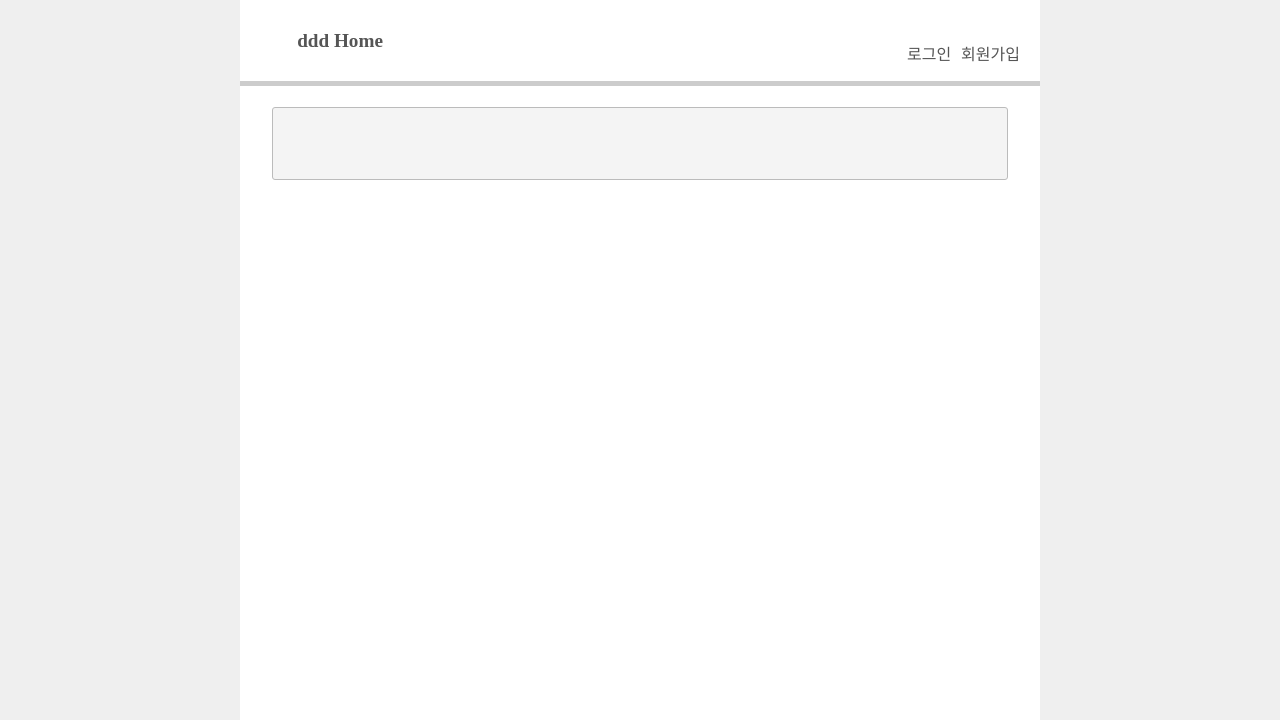
Repository: Deneb0000/JSP
Page: http://localhost/jspPro/days03/ex08_main.jsp
These files come from the project's save history. The page is drawn as it stood at one moment and after the next save; the edit follows.
The browser window is 1280 px wide. The pictures show the whole page.
Some web fonts or font styles are not loaded; a fallback is used. The page is served by Tomcat 9.

Above is the page before, as saved 2024-10-17 06:32:13.

After the next save:
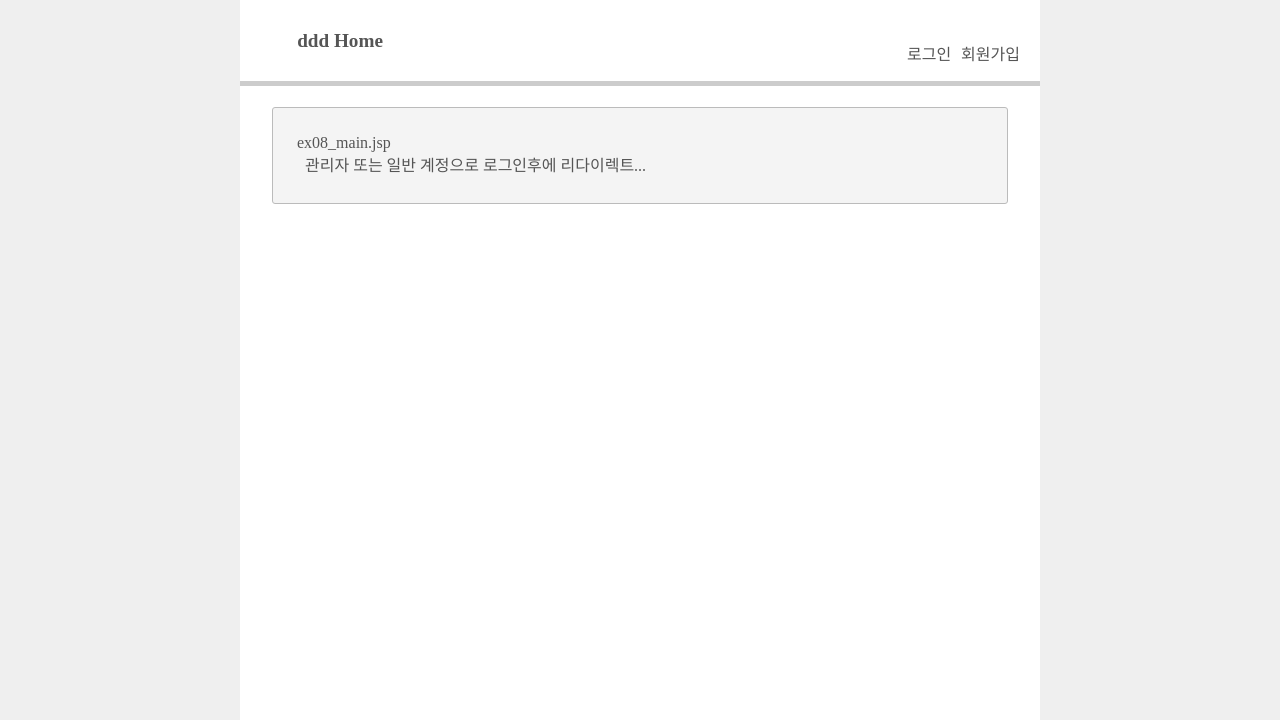
Saved 39 s later.
--- a/jspPro/src/main/webapp/days03/ex08_main.jsp
+++ b/jspPro/src/main/webapp/days03/ex08_main.jsp
@@ -26,7 +26,8 @@
 </header>
 <div>
   <xmp class="code">
-
+  ex08_main.jsp
+    관리자 또는 일반 계정으로 로그인후에 리다이렉트...
   </xmp>
 </div>
 </body>
